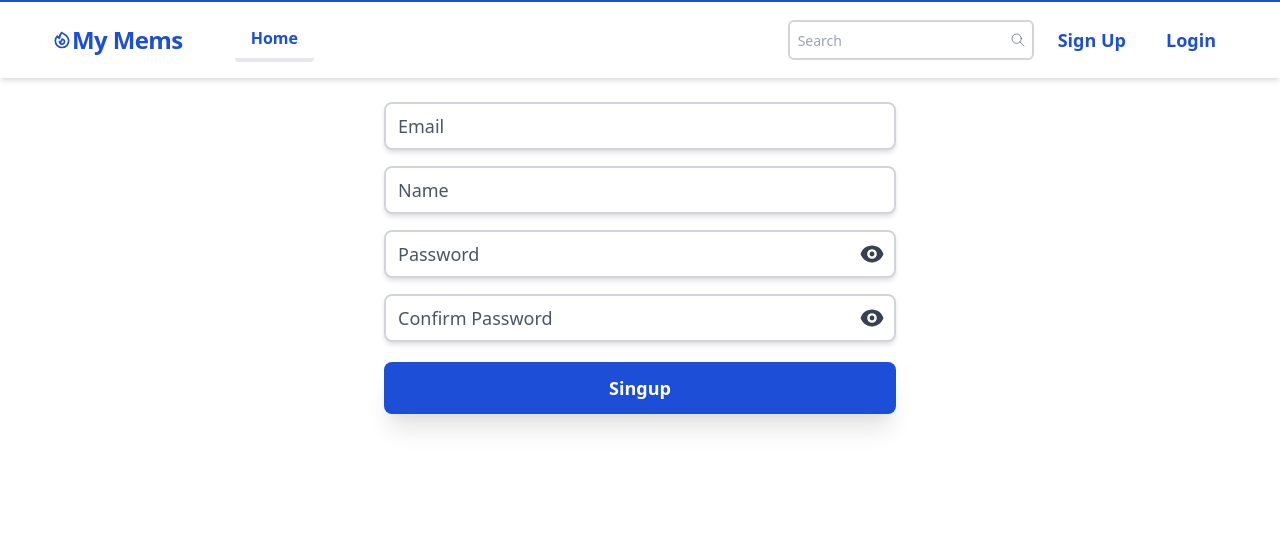
Repository: ShamroOoz/React-Go-Auth-Application
Page: /singup
These files come from the project's save history. The page is drawn as it stood at one moment and after a run of saves; the edit follows.
The browser window is 1280 px wide. The pictures show the whole page.
The project was rebuilt for these pictures with package versions that can differ from the ones it lists, and the page was loaded fresh each time. A package was used in the major version that the imports need, not the one package.json lists. Also part of the build but not shown: craco.config.js, src/Components/Home.js, src/Components/TextError.js, src/Components/Login.js.

Above is the page before, as saved 2021-05-24 05:00:17.

### src/index.css
/* ./src/index.css */
@tailwind base;
@tailwind components;
@tailwind utilities;

.btn-action {
  @apply block px-4 py-2 mt-4 ml-2 text-lg font-bold text-blue-700 rounded hover:text-white hover:bg-blue-700 md:mt-0;
}

.btn-post {
  @apply inline-flex items-center px-6 py-2 font-bold text-blue-700 border-b-2 rounded hover:border-blue-700 hover:text-blue-400;
}

.btn-search {
  @apply h-10 pl-2 pr-8 text-sm bg-white border-2 border-gray-300 rounded-md focus:outline-none focus:border-blue-700;
}

.btn-menu {
  @apply block px-4 py-2 mr-2 text-center border-b-4 rounded md:inline-flex md:mt-0 hover:border-blue-700;
}

.btn-toggle-menu {
  @apply flex items-center px-3 py-2 text-blue-300 border-2 border-blue-400 rounded focus:outline-none hover:text-blue-400 hover:border-blue-700;
}

.input-text {
  @apply block w-full px-3 py-2 text-lg placeholder-gray-600 bg-white border-2 border-gray-300 rounded-lg shadow-md focus:placeholder-blue-700 focus:bg-white focus:border-blue-700 focus:outline-none;
}

.btn-large {
  @apply block w-full px-6 py-3 mt-3 text-lg font-semibold text-white bg-blue-700 rounded-lg shadow-xl focus:outline-none disabled:opacity-50 hover:text-white hover:bg-blue-400;
}

.btn-large-alert {
  @apply block w-full px-6 py-3 mt-3 text-lg font-semibold text-white bg-red-700 rounded-lg shadow-xl focus:outline-none disabled:opacity-50 hover:text-white hover:bg-red-400;
}
.btn-social {
  @apply flex items-center justify-center px-4 py-2 space-x-2 transition-colors duration-300 border border-blue-700 rounded-md group hover:bg-blue-500 focus:outline-none;
}

.drop-down-list {
  @apply block px-4 py-2 text-sm text-gray-700 hover:bg-gray-100 hover:text-gray-900;
}

.drop-down {
  @apply absolute right-0 w-56 mt-2 origin-top-right bg-white rounded-md shadow-lg ring-1 ring-black ring-opacity-5 focus:outline-none;
}

### src/App.js
import { BrowserRouter as Router, Switch, Route } from "react-router-dom";
import { Home, Login, Singup, Navbar } from "./Components";
function App() {
  return (
    <Router>
      <Navbar />
      <Switch>
        <Route path="/singup">
          <Singup />
        </Route>
        <Route path="/login">
          <Login />
        </Route>
        <Route exact path="/">
          <Home />
        </Route>
      </Switch>
    </Router>
  );
}

export default App;

### src/Components/index.js
import Home from "./Home";
import Login from "./Login";
import Singup from "./Singup";
import Navbar from "./Navbar";

export { Home, Login, Singup, Navbar };

### src/Components/Singup.js
import React from "react";
import { Formik, Form } from "formik";
import FormikControl from "./FormikControl";
import { SingupSchema, initialSingupValues } from "./Schema";

const onSubmit = (values, onSubmitProps) => {
  console.log(values);
  onSubmitProps.setSubmitting(false);
  onSubmitProps.resetForm();
};

const Singup = () => {
  return (
    <Formik
      initialValues={initialSingupValues}
      validationSchema={SingupSchema}
      onSubmit={onSubmit}
    >
      {(formik) => (
        <Form className="mt-4">
          <div className="max-w-lg mx-auto">
            <FormikControl
              control="input"
              type={`email`}
              name="email"
              label={`Email`}
            />

            <FormikControl
              control="input"
              type={`text`}
              name="name"
              label={`Name`}
            />

            <FormikControl
              control="input"
              type={`password`}
              name="password"
              label={`Password`}
            />

            <FormikControl
              control="input"
              type={`password`}
              name="confirmPassword"
              label={`Confirm Password`}
            />

            <button
              type="submit"
              className="btn-large"
              disabled={!formik.isValid}
            >
              Singup
            </button>
          </div>
        </Form>
      )}
    </Formik>
  );
};

export default Singup;

### src/Components/Navbar.js
import React, { useState } from "react";
import { Link } from "react-router-dom";
import { FireIcon, MenuIcon, SearchIcon } from "@heroicons/react/outline";

const Navbar = () => {
  const [togglemenu, settogglemenu] = useState(false);
  const [isAuth, setisAuth] = useState(false);

  const logoutlisntner = () => {
    console.log("logout me ");
  };

  return (
    <>
      <nav className="flex flex-wrap items-center justify-between py-2 bg-white border-t-2 border-blue-700 border-solid shadow-md md:px-10">
        <div className={`flex justify-between w-full p-3 md:w-auto `}>
          <Link
            to="/"
            className="flex items-center flex-shrink-0 mr-8 text-blue-700"
          >
            <FireIcon className="w-5 h-9" />
            <span className="text-2xl subpixel-antialiased font-semibold tracking-tight">
              My Mems
            </span>
          </Link>
          {/* toggle menu button */}
          <div className="block md:hidden ">
            <button
              id="nav"
              className="btn-toggle-menu"
              onClick={() => settogglemenu((prevtogglemenu) => !prevtogglemenu)}
            >
              <MenuIcon className="w-3 h-3" />
            </button>
          </div>
        </div>

        <div
          className={`w-full block flex-grow md:flex md:items-center md:w-auto md:px-2  ${
            togglemenu ? "block" : "hidden"
          }`}
        >
          <div className="font-bold text-blue-700 text-md md:flex-grow ">
            <Link to="/" className="btn-menu">
              Home
            </Link>
            {isAuth && (
              <Link to="/profile" className="btn-menu">
                Profile
              </Link>
            )}
          </div>
          {/* search */}
          <div className="relative hidden mx-auto text-gray-600 md:block">
            <input
              className="btn-search"
              type="search"
              name="search"
              placeholder="Search"
            />
            <button
              type="submit"
              className="absolute top-0 right-0 mt-3 mr-2 focus:outline-none"
            >
              <SearchIcon className="w-4 h-4 stroke-1 " />
            </button>
          </div>
          {/* Button */}
          <div className="flex items-center justify-center">
            {isAuth ? (
              <div>
                <span>
                  <button
                    type="button"
                    className="inline-block btn-action"
                    onClick={logoutlisntner}
                  >
                    Log Out
                  </button>
                </span>
              </div>
            ) : (
              <>
                <Link to="/singup" className="btn-action">
                  Sign Up
                </Link>
                <Link to="/login" className="btn-action ">
                  Login
                </Link>
              </>
            )}
          </div>
        </div>
      </nav>
    </>
  );
};

export default Navbar;

### src/Components/FormikControl.js
import React from "react";
import Input from "./Input";

function FormikControl(props) {
  const { control, ...rest } = props;
  switch (control) {
    case "input":
      return <Input {...rest} />;
    default:
      return null;
  }
}

export default FormikControl;

### src/Components/Schema.js
import * as Yup from "yup";

export const SingupSchema = Yup.object({
  email: Yup.string().email("Invalid email format").required("Required"),
  name: Yup.string().trim().min(3).max(300).required("Required"),
  password: Yup.string()
    .matches(
      /^(?=.*?[a-z])(?=.*?[A-Z])(?=.*?\d).*$/,
      "Password must at least one lowercase letter, one uppercase letter, and one digit."
    )
    .required("Required"),
  confirmPassword: Yup.string()
    .oneOf([Yup.ref("password"), ""], "Passwords must match")
    .required("Required"),
});

export const SignInSchema = Yup.object({
  email: Yup.string().email("Invalid email format").required("Required"),
  password: Yup.string()
    .matches(
      /^(?=.*?[a-z])(?=.*?[A-Z])(?=.*?\d).*$/,
      "Password must at least one lowercase letter, one uppercase letter, and one digit."
    )
    .required("Required"),
});

export const initialSignInValues = {
  email: "",
  password: "",
};

export const initialSingupValues = {
  name: "",
  email: "",
  password: "",
  confirmPassword: "",
};

### src/Components/Input.js
import React, { useState } from "react";
import { Field, ErrorMessage } from "formik";
import TextError from "./TextError";
import { EyeIcon, EyeOffIcon } from "@heroicons/react/solid";

//
const Input = ({ type, label, name, ...rest }) => {
  const [show, setshow] = useState(false);

  return (
    <div className="relative py-2">
      {(type === "text" || type === "email") && (
        <>
          <Field
            placeholder={label}
            name={name}
            type={type}
            className="input-text"
            {...rest}
          />
          <ErrorMessage component={TextError} name={name} />
        </>
      )}

      {type === "password" && (
        <>
          <Field
            placeholder={label}
            name={name}
            type={show ? "text" : "password"}
            className="input-text"
            {...rest}
          />

          <div className="absolute right-0 flex items-center pr-3 top-5 ">
            <EyeIcon
              className={`h-6 text-gray-700 ${show ? "hidden" : "block"}`}
              onClick={() => setshow((prevshow) => !prevshow)}
            />
            <EyeOffIcon
              className={`h-6 text-gray-700 ${show ? "block" : "hidden"}`}
              onClick={() => setshow((prevshow) => !prevshow)}
            />
          </div>
          <ErrorMessage component={TextError} name={name} />
        </>
      )}
    </div>
  );
};

export default Input;

### tailwind.config.js
module.exports = {
  purge: ["./src/**/*.{js,jsx,ts,tsx}", "./public/index.html"],
  darkMode: false, // or 'media' or 'class'
  theme: {
    extend: {
      borderWidth: ["hover", "focus"],
      borderOpacity: ["active"],
      borderRadius: ["hover", "focus"],
      outline: ["hover", "active"],
    },
  },
  variants: {
    extend: {
      opacity: ["disabled"],
    },
  },
  plugins: [],
};

Loaded but not shown: public/index.html (common file); src/index.js (common file)

After the next 2 saves:
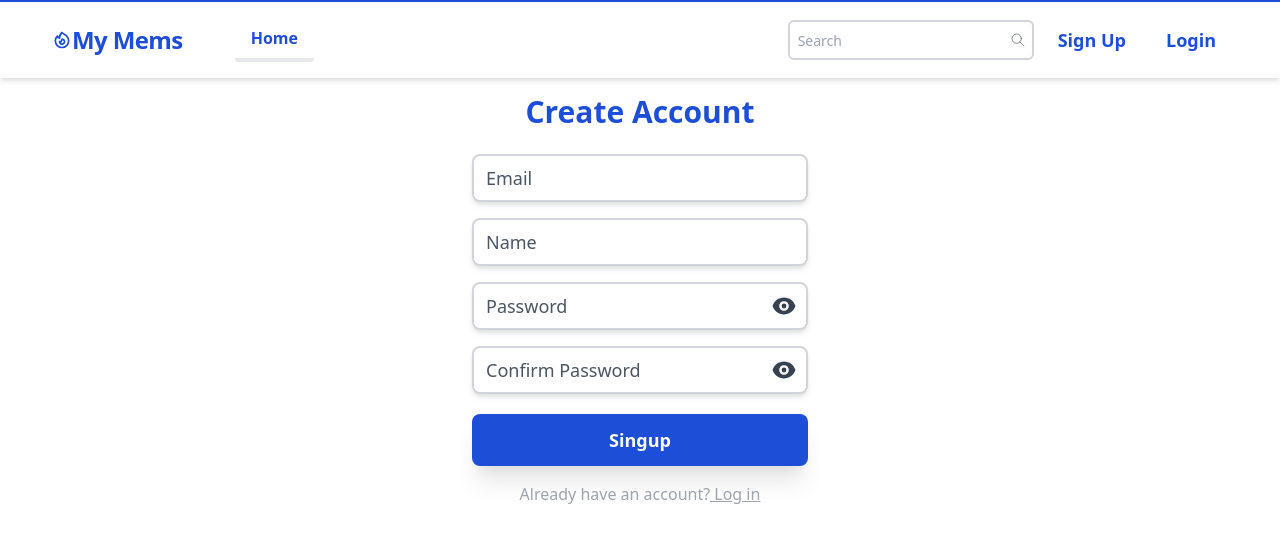
The 2 saves are shown as one change because 1 did not build or start.
The last was saved 9 min 17 s later.
--- a/src/Components/Singup.js
+++ b/src/Components/Singup.js
@@ -2,6 +2,7 @@ import React from "react";
 import { Formik, Form } from "formik";
 import FormikControl from "./FormikControl";
 import { SingupSchema, initialSingupValues } from "./Schema";
+import { Link } from "react-router-dom";
 
 const onSubmit = (values, onSubmitProps) => {
   console.log(values);
@@ -11,53 +12,72 @@ const onSubmit = (values, onSubmitProps) => {
 
 const Singup = () => {
   return (
-    <Formik
-      initialValues={initialSingupValues}
-      validationSchema={SingupSchema}
-      onSubmit={onSubmit}
-    >
-      {(formik) => (
-        <Form className="mt-4">
-          <div className="max-w-lg mx-auto">
-            <FormikControl
-              control="input"
-              type={`email`}
-              name="email"
-              label={`Email`}
-            />
+    <div className="container max-w-full px-6 mx-auto">
+      <div className="max-w-sm px-6 mx-auto">
+        <div className="relative flex flex-wrap">
+          <div className="relative w-full">
+            <div className="mt-4">
+              <div className="text-3xl font-bold text-center text-blue-700">
+                Create Account
+              </div>
+              <Formik
+                initialValues={initialSingupValues}
+                validationSchema={SingupSchema}
+                onSubmit={onSubmit}
+              >
+                {(formik) => (
+                  <Form className="mt-4">
+                    <div className="max-w-lg mx-auto">
+                      <FormikControl
+                        control="input"
+                        type={`email`}
+                        name="email"
+                        label={`Email`}
+                      />
 
-            <FormikControl
-              control="input"
-              type={`text`}
-              name="name"
-              label={`Name`}
-            />
+                      <FormikControl
+                        control="input"
+                        type={`text`}
+                        name="name"
+                        label={`Name`}
+                      />
 
-            <FormikControl
-              control="input"
-              type={`password`}
-              name="password"
-              label={`Password`}
-            />
+                      <FormikControl
+                        control="input"
+                        type={`password`}
+                        name="password"
+                        label={`Password`}
+                      />
 
-            <FormikControl
-              control="input"
-              type={`password`}
-              name="confirmPassword"
-              label={`Confirm Password`}
-            />
+                      <FormikControl
+                        control="input"
+                        type={`password`}
+                        name="confirmPassword"
+                        label={`Confirm Password`}
+                      />
 
-            <button
-              type="submit"
-              className="btn-large"
-              disabled={!formik.isValid}
-            >
-              Singup
-            </button>
+                      <button
+                        type="submit"
+                        className="btn-large"
+                        disabled={!formik.isValid}
+                      >
+                        Singup
+                      </button>
+                    </div>
+                  </Form>
+                )}
+              </Formik>
+              <div className="mt-4 text-center text-gray-400 hover:text-gray-600">
+                Already have an account?
+                <Link to="/login">
+                  <span className="underline"> Log in</span>
+                </Link>
+              </div>
+            </div>
           </div>
-        </Form>
-      )}
-    </Formik>
+        </div>
+      </div>
+    </div>
   );
 };
 
